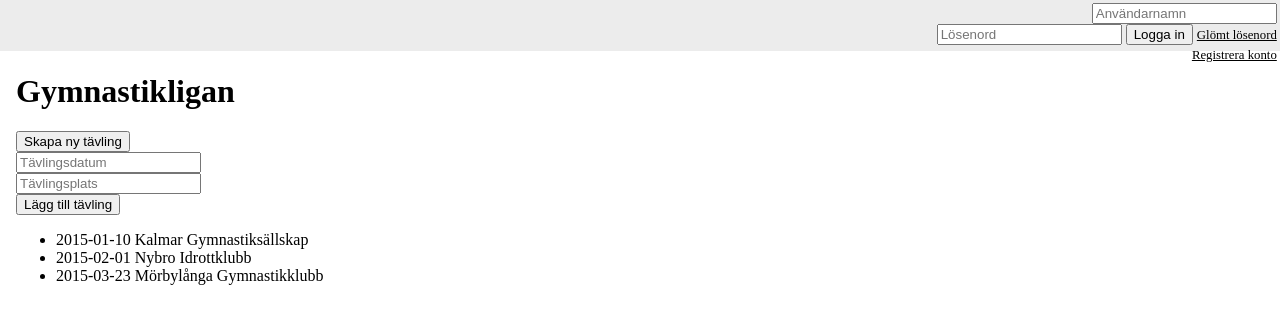
Repository: CarroForslund/laboration3-1dv404
Page: index.html
The author's editor kept a record of every edit. The page is drawn from the files as they stood at one moment, then again after the next edit.
The browser window is 1280 px wide. The pictures show the whole page.

Above is the page before.

After the next edit:
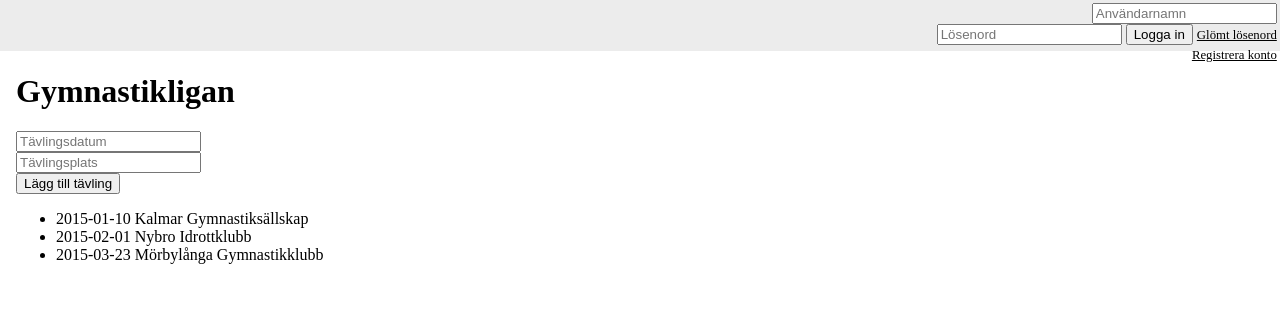
The edit:
--- a/style.css
+++ b/style.css
@@ -19,6 +19,10 @@
     float: right;
 }
 
+.hidden {
+    display: none;
+}
+
 .small {
     font-size: 0.8em;
 }
